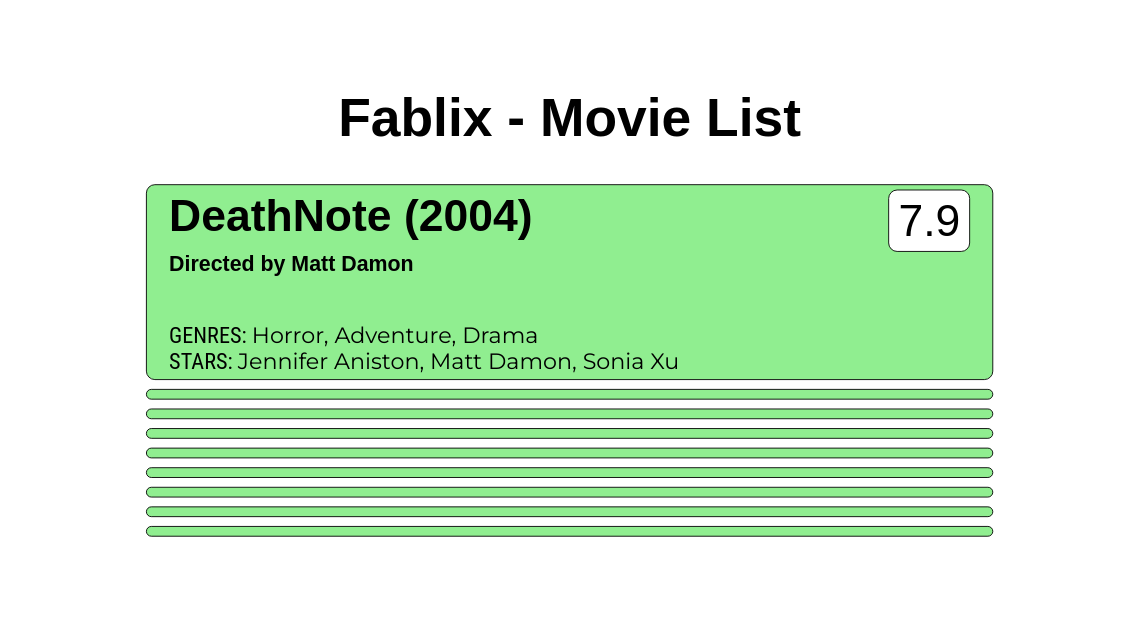
Repository: csumphan/fablix
Page: Project1/WebContent/index.html
The author's editor kept a copy of each file at every save. The page is drawn from the files as they stood at one save, then again after the next save.
The browser window is 1280 px wide. The pictures show the whole page, at 89% of full size.
Some web fonts or font styles are not loaded; a fallback is used.

Above is the page before, as saved 2018-01-23 00:32:58.

After the next save:
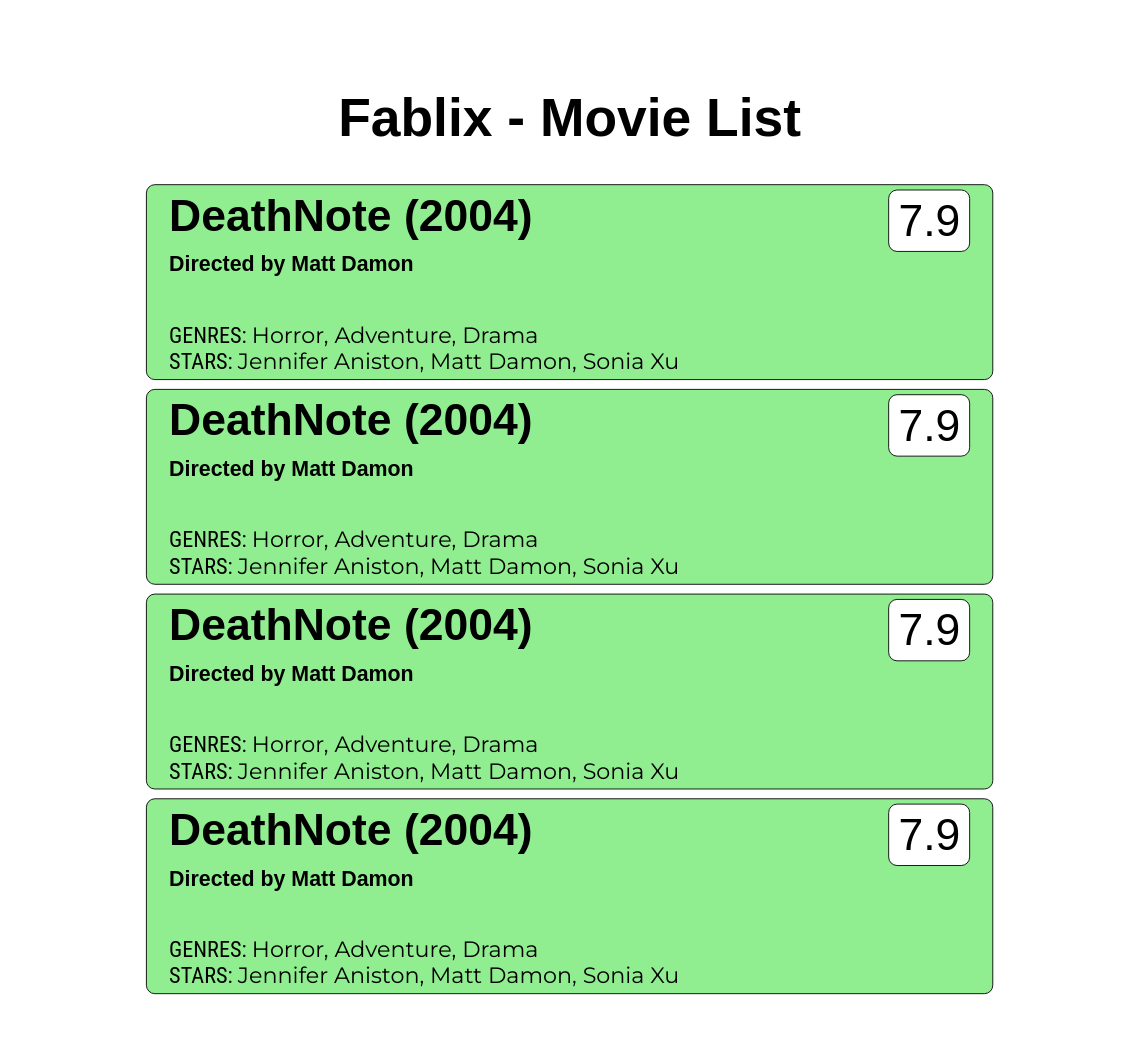
Saved 4 min 51 s later.
--- a/Project1/WebContent/index.html
+++ b/Project1/WebContent/index.html
@@ -27,14 +27,60 @@
 				</div>
 			</div>
 		</div>
-		<div class="movie-item"></div>
-		<div class="movie-item"></div>
-		<div class="movie-item"></div>
-		<div class="movie-item"></div>
-		<div class="movie-item"></div>
-		<div class="movie-item"></div>
-		<div class="movie-item"></div>
-		<div class="movie-item"></div>
+		<div class="movie-item">
+			<div class="header-container">
+				<h1>DeathNote <span>(2004)</span></h1>
+				<div class="rating">7.9</div>
+			</div>
+			<div class="sub-header-container">
+				<h2>Directed by Matt Damon</h2>
+			</div>
+			<div class="info-container">
+				<div class="genres-container">
+					GENRES:
+					<span class="info-list">Horror, Adventure, Drama</span>
+				</div>
+				<div class="stars-container">
+					STARS: <span class="info-list">Jennifer Aniston, Matt Damon, Sonia Xu</span>
+				</div>
+			</div>
+		</div>
+		<div class="movie-item">
+			<div class="header-container">
+				<h1>DeathNote <span>(2004)</span></h1>
+				<div class="rating">7.9</div>
+			</div>
+			<div class="sub-header-container">
+				<h2>Directed by Matt Damon</h2>
+			</div>
+			<div class="info-container">
+				<div class="genres-container">
+					GENRES:
+					<span class="info-list">Horror, Adventure, Drama</span>
+				</div>
+				<div class="stars-container">
+					STARS: <span class="info-list">Jennifer Aniston, Matt Damon, Sonia Xu</span>
+				</div>
+			</div>
+		</div>
+		<div class="movie-item">
+			<div class="header-container">
+				<h1>DeathNote <span>(2004)</span></h1>
+				<div class="rating">7.9</div>
+			</div>
+			<div class="sub-header-container">
+				<h2>Directed by Matt Damon</h2>
+			</div>
+			<div class="info-container">
+				<div class="genres-container">
+					GENRES:
+					<span class="info-list">Horror, Adventure, Drama</span>
+				</div>
+				<div class="stars-container">
+					STARS: <span class="info-list">Jennifer Aniston, Matt Damon, Sonia Xu</span>
+				</div>
+			</div>
+		</div>
 	</div>
 </body>
 </html>
